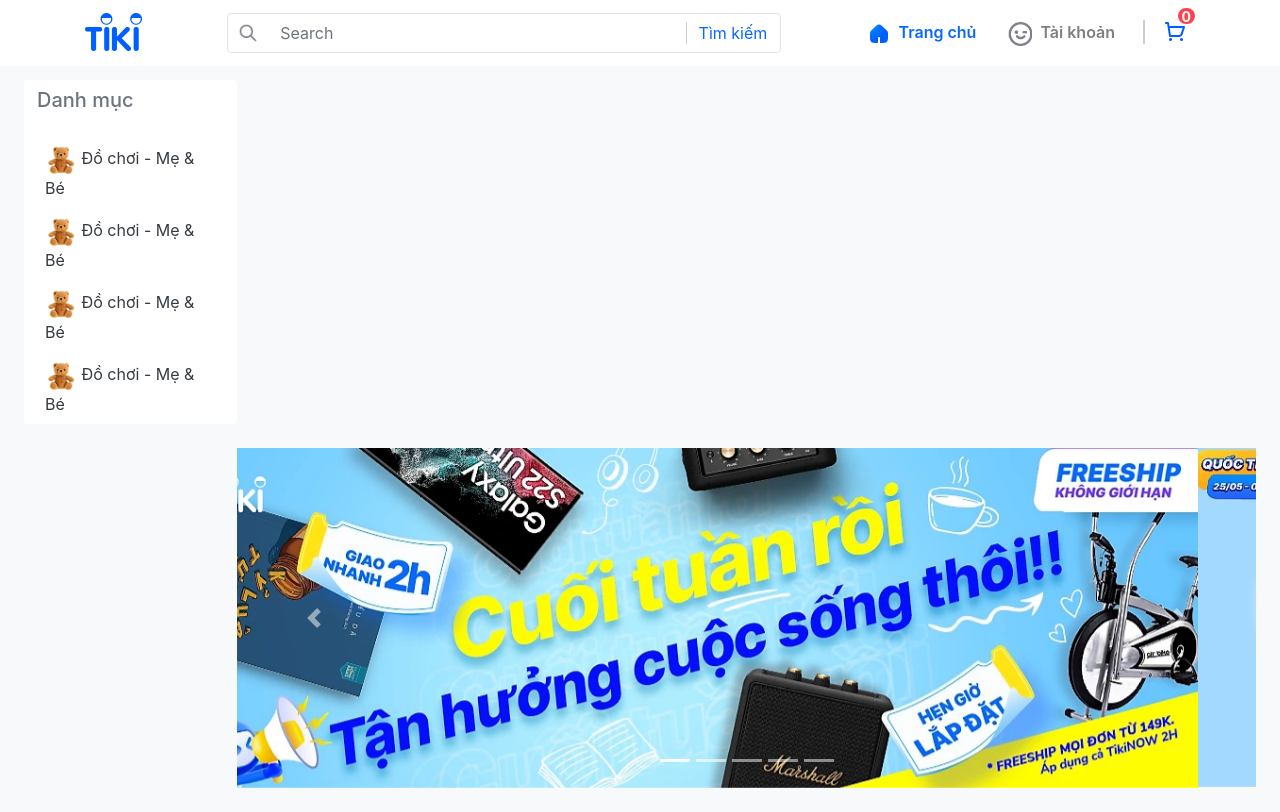
Repository: tam1512/website-ban-hang
Page: index.html
An editor plug-in stored every save of this project. The page is shown before and after the next save, followed by the edit.
The browser window is 1280 px wide. The pictures show the whole page.
Some web libraries are served in a nearby version.

Above is the page before, as saved 2023-05-27 19:02:42.

### index.html
<!DOCTYPE html>
<html lang="en">
  <head>
    <meta charset="UTF-8" />
    <meta http-equiv="X-UA-Compatible" content="IE=edge" />
    <meta name="viewport" content="width=device-width, initial-scale=1.0" />
    <title>Tiki - Mua hàng online</title>
    <link
      rel="stylesheet"
      href="https://stackpath.bootstrapcdn.com/bootstrap/4.3.1/css/bootstrap.min.css"
      integrity="sha384-ggOyR0iXCbMQv3Xipma34MD+dH/1fQ784/j6cY/iJTQUOhcWr7x9JvoRxT2MZw1T"
      crossorigin="anonymous"
    />
    <link rel="stylesheet" href="css/home.css" />
  </head>
  <body>
    <div class="home-page bg-light">
      <!-- Header -->
      <nav class="navbar navbar-expand-lg navbar-light bg-white fixed-top">
        <div class="container">
          <a href="#" class="navbar-brand">
            <img
              src="img/icon/logo.png"
              alt="Tiki"
              width="57"
              height="40"
              class="d-inline-block align-top"
            />
          </a>
          <button
            class="navbar-toggler"
            type="button"
            data-toggle="collapse"
            data-target="#navbarNav"
            aria-controls="navbarNav"
            aria-expanded="false"
            aria-label="Toggle navigation"
          >
            <span class="navbar-toggler-icon"></span>
          </button>
          <form action="" class="form-inline">
            <div class="input-group border rounded bg-white align-items-center">
              <img
                class="search-icon"
                src="img/icon/search.png"
                alt="icon-search"
                width="20"
                height="20"
              />
              <input
                class="form-control border-0"
                type="search"
                placeholder="Search"
                aria-label="Search"
              />
              <button class="btn my-2 my-sm-0">Tìm kiếm</button>
            </div>
          </form>
          <div class="header-user collapse navbar-collapse" id="navbarNav">
            <ul class="navbar-nav mr-auto">
              <li class="nav-item active">
                <a href="#" class="nav-link home-icon">
                  <img
                    src="img/icon/home-active.png"
                    alt=""
                    width="24"
                    height="24"
                  />
                  Trang chủ
                </a>
              </li>
              <li class="nav-item">
                <div class="dropdown-account">
                  <a href="#" class="nav-link user-icon">
                    <img
                      src="img/icon/user.png"
                      alt=""
                      width="24"
                      height="24"
                    />
                    Tài khoản
                  </a>
                  <div class="dropdown-menu-account">
                    <a href="#" class="menu-item">Thông tin tài khoản</a>
                    <a href="#" class="menu-item">Đơn hàng của tôi</a>
                    <a href="#" class="menu-item">Đăng xuất</a>
                  </div>
                </div>
              </li>
              <li class="nav-item">
                <a href="#" class="nav-link cart-icon">
                  <img src="img/icon/cart.png" alt="" width="24" height="24" />
                  <span class="quantity-product-cart">0</span>
                </a>
              </li>
            </ul>
          </div>
        </div>
      </nav>
      <!-- body -->
      <div class="container-fluid bg-light">
        <div class="row">
          <!-- Sidebar -->
          <div class="col-md-2 d-none d-md-block bg-white rounded sidebar ml-4">
            <div class="sidebar-sticky">
              <h5
                class="sidebar-heading d-flex justify-content-between align-items-center mt-2 mb-1 ml-2 text-muted"
              >
                Danh mục
              </h5>
              <ul class="nav flex-column mt-4">
                <li class="nav-item rounded">
                  <a href="#" class="nav-link text-dark">
                    <img
                      src="img/category/dochoi-me&be.png"
                      width="32"
                      height="32"
                      alt=""
                    />
                    Đồ chơi - Mẹ & Bé</a
                  >
                </li>
                <li class="nav-item rounded">
                  <a href="#" class="nav-link text-dark">
                    <img
                      src="img/category/dochoi-me&be.png"
                      width="32"
                      height="32"
                      alt=""
                    />
                    Đồ chơi - Mẹ & Bé</a
                  >
                </li>
                <li class="nav-item rounded">
                  <a href="#" class="nav-link text-dark">
                    <img
                      src="img/category/dochoi-me&be.png"
                      width="32"
                      height="32"
                      alt=""
                    />
                    Đồ chơi - Mẹ & Bé</a
                  >
                </li>
                <li class="nav-item rounded">
                  <a href="#" class="nav-link text-dark">
                    <img
                      src="img/category/dochoi-me&be.png"
                      width="32"
                      height="32"
                      alt=""
                    />
                    Đồ chơi - Mẹ & Bé</a
                  >
                </li>
              </ul>
            </div>
          </div>

          <!-- Main content -->
          <main role="main" class="col-md-10 ml-sm-auto col-lg-10 px-4 ml-4">
            <!-- Slider -->
            <div
              id="carouselIndicators"
              class="carousel slide my-4"
              data-ride="carousel"
            >
              <!-- Caeousel (thanh truoc) -->
              <ol class="carousel-indicators">
                <li
                  data-target="#carouselIndicators"
                  data-slide-to="0"
                  class="active"
                ></li>
                <li data-target="#carouselIndicators" data-slide-to="1"></li>
                <li data-target="#carouselIndicators" data-slide-to="2"></li>
                <li data-target="#carouselIndicators" data-slide-to="4"></li>
                <li data-target="#carouselIndicators" data-slide-to="5"></li>
              </ol>
              <!-- list slider -->
              <div class="carousel-inner" role="listbox">
                <div class="carousel-item active">
                  <img
                    src="img/slider/1-1.png"
                    class="d-block img-fluid"
                    alt=""
                  />
                </div>
                <div class="carousel-item">
                  <img
                    src="img/slider/1-2.png"
                    class="d-block img-fluid"
                    alt=""
                  />
                </div>
                <div class="carousel-item">
                  <img
                    src="img/slider/1.png"
                    class="d-block img-fluid"
                    alt=""
                  />
                </div>
                <div class="carousel-item">
                  <img
                    src="img/slider/2.png"
                    class="d-block img-fluid"
                    alt=""
                  />
                </div>
                <div class="carousel-item">
                  <img
                    src="img/slider/3.png"
                    class="d-block img-fluid"
                    alt=""
                  />
                </div>
              </div>
              <!-- prev and next -->
              <a
                href="#carouselIndicators"
                class="carousel-control-prev"
                role="button"
                data-slide="prev"
              >
                <span
                  class="carousel-control-prev-icon"
                  aria-hidden="true"
                ></span>
                <spna class="sr-only">Previous</spna>
              </a>
              <a
                href="#carouselIndicators"
                class="carousel-control-next"
                role="button"
                data-slide="next"
              >
                <span
                  class="carousel-control-next-icon"
                  aria-hidden="true"
                ></span>
                <spna class="sr-only">Next</spna>
              </a>
            </div>
          </main>
        </div>
      </div>
    </div>
    <!-- Bootstrap JavaScript -->
    <script
      src="https://code.jquery.com/jquery-3.3.1.slim.min.js"
      integrity="sha384-q8i/X+965DzO0rT7abK41JStQIAqVgRVzpbzo5smXKp4YfRvH+8abtTE1Pi6jizo"
      crossorigin="anonymous"
    ></script>
    <script
      src="https://cdn.jsdelivr.net/npm/@popperjs/core@2.10.2/dist/umd/popper.min.js"
      integrity="sha384-4QJ63v0fU4zqSw8sT5WzE5uYIhSvP5b+Dj7B6pV8j2p6Zx3QJ4f1PcE1y9nHt6wN"
      crossorigin="anonymous"
    ></script>
    <script
      src="https://stackpath.bootstrapcdn.com/bootstrap/4.3.1/js/bootstrap.min.js"
      integrity="sha384-JjSmVgyd0p3pXB1rRibZUAYoIIy6OrQ6VrjIEaFf/nJGzIxFDsf4x0xIM+B07jRM"
      crossorigin="anonymous"
    ></script>
  </body>
</html>

### css/home.css
:root {
  --primary-color: rgb(10, 104, 255);
}

.home-page {
  padding-top: 80px;
}

/* Header */

/* Search */
.container .form-inline {
  flex: 1;
  justify-content: center;
}

.form-inline .input-group {
  width: 80%;
}

.home-page .navbar .form-control {
  border: none;
}

.search-icon {
  margin: 0 10px;
}

.input-group input.form-control:focus,
.input-group button.btn:focus {
  box-shadow: none;
  border-color: transparent;
}

.input-group:focus-within {
  border: 1px solid var(--primary-color) !important;
}
.input-group button.btn:hover {
  background-color: rgba(10, 104, 255, 0.2);
}
.input-group button.btn {
  position: relative;
  border-top-left-radius: 0;
  border-bottom-left-radius: 0;
  color: var(--primary-color);
}
.input-group button.btn::after {
  content: "";
  position: absolute;
  width: 1px;
  height: 60%;
  top: 20%;
  left: -1px;
  background-color: #ccc;
}

/* Header-user */
.active a {
  font-weight: 600;
  color: var(--primary-color) !important;
}

.home-icon,
.user-icon {
  padding: 8px 16px !important;
  border-radius: 8px;
  font-weight: 600;
}

.cart-icon {
  display: flex;
  position: relative;
  align-items: center;
  justify-content: center;
  width: 40px;
  height: 40px;
  border-radius: 8px;
  margin-left: 24px;
}

.quantity-product-cart {
  display: flex;
  align-items: center;
  justify-content: center;
  position: absolute;
  top: -4px;
  right: 0;
  font-size: 14px;
  background-color: rgb(255, 66, 79);
  height: 16px;
  border-radius: 8px;
  color: white;
  padding: 0.5px 4px;
  text-align: center;
  font-weight: 700;
}

.cart-icon::after {
  content: "";
  position: absolute;
  width: 2px;
  height: 24px;
  left: -12px;
  top: 50%;
  transform: translateY(-50%);
  background-color: #ccc;
}

.home-icon:hover,
.user-icon:hover,
.cart-icon:hover {
  background-color: rgba(10, 104, 255, 0.2);
}

.home-icon img,
.user-icon img {
  margin-right: 4px;
}

.home-page .navbar .container .navbar-collapse {
  flex-grow: unset;
}

.dropdown-account {
  position: relative;
}

.dropdown-menu-account {
  display: none;
  position: absolute;
  right: 0;
  top: calc(100% - 1px);
  padding: 10px 0;
  border-radius: 8px;
  border: 1px solid rgb(239, 239, 239);
  background-color: #fff;
  width: 240px;
  justify-content: center;
  flex-direction: column;
}

.dropdown-account:hover .dropdown-menu-account {
  display: flex;
}

.dropdown-menu-account .menu-item {
  color: rgb(39, 39, 42);
  padding: 8px 16px;
}

.dropdown-menu-account .menu-item:hover {
  color: var(--primary-color);
  background-color: rgba(39, 39, 42, 0.12);
  text-decoration: none;
}

/* Side bar */
.sidebar-sticky {
  margin-left: -10px;
  margin-right: -10px;
}

.sidebar .nav .nav-item:hover {
  transition: all 0.4s ease-in-out;
  background-color: rgba(39, 39, 42, 0.24);
}

After the next save:
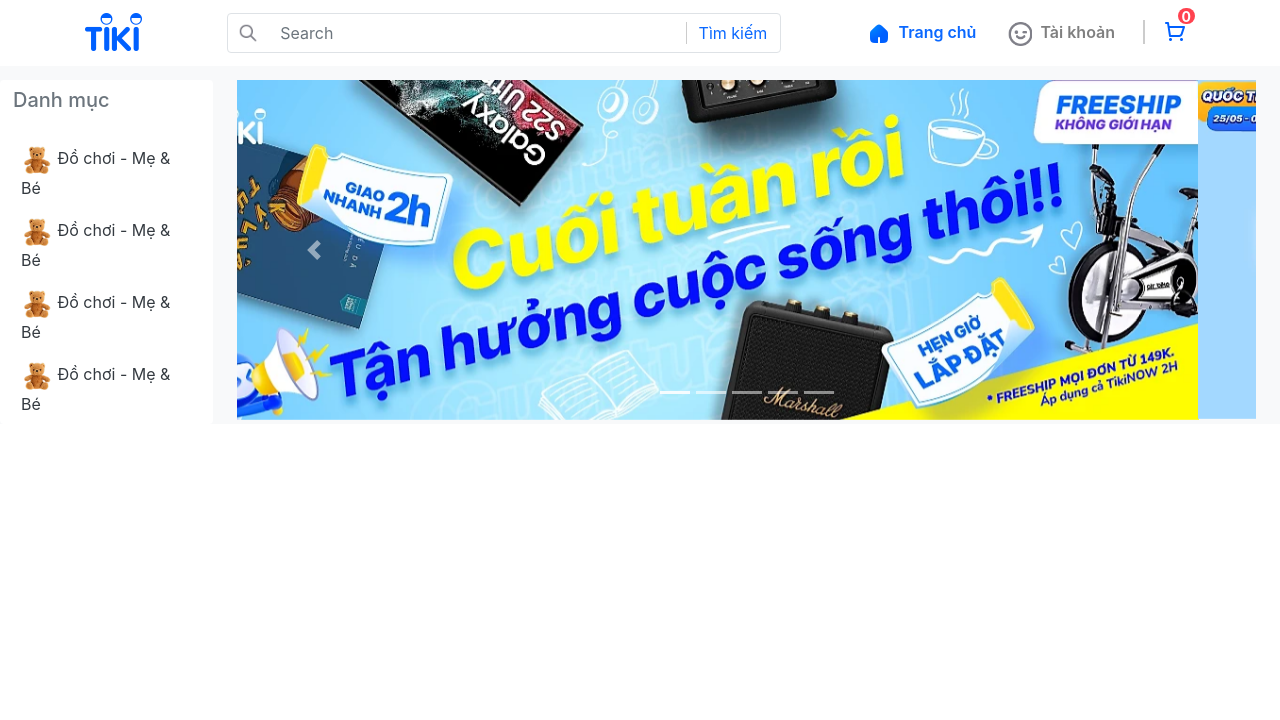
Saved 2 min 34 s later.
--- a/index.html
+++ b/index.html
@@ -101,7 +101,7 @@
       <div class="container-fluid bg-light">
         <div class="row">
           <!-- Sidebar -->
-          <div class="col-md-2 d-none d-md-block bg-white rounded sidebar ml-4">
+          <div class="col-md-2 d-none d-md-block bg-white rounded sidebar">
             <div class="sidebar-sticky">
               <h5
                 class="sidebar-heading d-flex justify-content-between align-items-center mt-2 mb-1 ml-2 text-muted"
@@ -158,11 +158,11 @@
           </div>
 
           <!-- Main content -->
-          <main role="main" class="col-md-10 ml-sm-auto col-lg-10 px-4 ml-4">
+          <main role="main" class="col-md-10 ml-sm-auto col-lg-10 px-4">
             <!-- Slider -->
             <div
               id="carouselIndicators"
-              class="carousel slide my-4"
+              class="carousel slide"
               data-ride="carousel"
             >
               <!-- Caeousel (thanh truoc) -->
